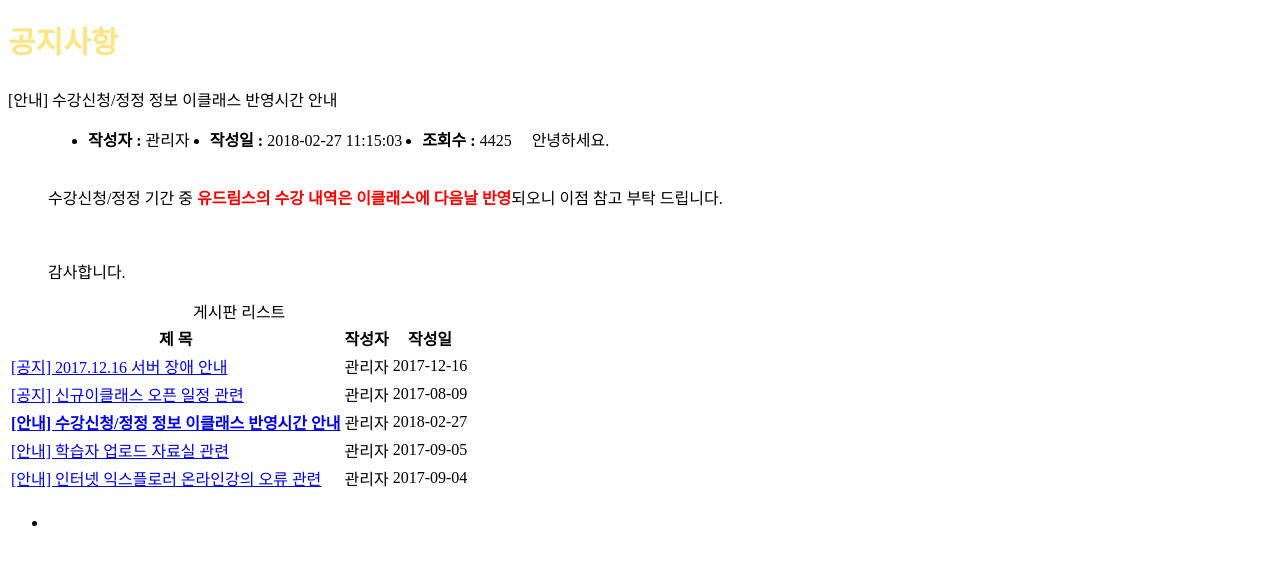
Repository: CSID-DGU/2019-1-CECD3-FFChain-2
Page: http://localhost/icip.app/WEB-INF/jsp/icip/notice/noticeView.jsp
The author's editor kept a copy of each file at every save. The page is drawn from the files as they stood at one save, then again after the next save.
The browser window is 1280 px wide. The pictures show the whole page.
The page is served by Tomcat 9. Nobody is signed in. Other server files are loaded and not shown. The template is opened directly, without the code that normally fills it, so the values that code supplies are empty.

Above is the page before, as saved 2019-08-19 11:21:39.

### icip.app/src/main/webapp/WEB-INF/jsp/icip/notice/noticeView.jsp
<%@ page contentType="text/html; charset=utf-8" pageEncoding="utf-8"%>
<%@ taglib prefix="fmt" uri="http://java.sun.com/jsp/jstl/fmt"%>
<%@ taglib prefix="c" uri="http://java.sun.com/jsp/jstl/core"%>
<%@ taglib prefix="form" uri="http://www.springframework.org/tags/form"%>
<%@ taglib uri="http://java.sun.com/jsp/jstl/functions" prefix="fn"%>
<%@ taglib prefix="spring" uri="http://www.springframework.org/tags"%>
<!DOCTYPE html PUBLIC "-//W3C//DTD HTML 4.01 Transitional//EN" "http://www.w3.org/TR/html4/loose.dtd">
<html>
<head>
</head>
<style>
#listBox div.listContent > dd > ul > li
{
    float: left;
    margin-right: 20px;
}
#listBox div.listContent dt {
    padding: 5px 10px;
    border-bottom: 1px solid #cdcdcd;
    line-height: 22px;
    min-height: 25px;
    background: #e6e6e6;
    background: -webkit-gradient(linear, 0 0, 0 bottom, from(#e6e6e6), to(#f6f6f6));
    background: -webkit-linear-gradient(#e6e6e6, #f6f6f6);
    background: -moz-linear-gradient(#e6e6e6, #f6f6f6);
    background: -ms-linear-gradient(#e6e6e6, #f6f6f6);
    background: -o-linear-gradient(#e6e6e6, #f6f6f6);
    background: linear-gradient(#e6e6e6, #f6f6f6);
}
</style>
<body>
<div style = "padding-top: 10px; font-size:30px; padding-bottom:25px; color : #fde585; font-weight:bold " >
공지사항
</div>
<div id="listBox">
				<div class="listContent">
						 [안내] 수강신청/정정 정보 이클래스 반영시간 안내

						<dd class="info">
							<ul class="fl ml10">
							</ul>
							<ul class="fr mr10">
							<li><b>작성자 :</b> <span id="suserinfo" style="" onclick="javascript:learnerInfo('admin1');">관리자</span></li>
							<li><b>작성일 :</b> 2018-02-27 11:15:03</li>
							<li class="m0"><b>조회수 :</b> 4425</li>
							</ul>
						</dd>
						<dd>
							<div class="cont"><p>안녕하세요. </p><p><br>수강신청/정정 기간 중 <strong><span style="color: rgb(255, 0, 0);">유드림스의 수강 내역은 </span><font color="#ff0000">이클래스에 다음날 반영</font></strong>되오니 이점 참고 부탁 드립니다.</p><p><br></p><p>감사합니다.<br></p></div>

						</dd>
						</dl>

							<div class="answerArea">

						</div>
					</div>

						<div id="listBox">
						</div><table class="boardListBasic" summary="게시판 리스트입니다.">
							<caption>게시판 리스트</caption>
							<thead>
								<tr class="odd-row">
									<th class="first">제 목</th>
									<th>작성자</th>
									<th class="last">작성일</th>
								</tr>
							</thead>
							<tbody>

									<tr class="odd-row">
											<td class="textLeft first">
												<div style="margin-left: 0px;" align="absmiddle" alt="">
													<a href="#;" onclick="javascript:moveBoardView('BOAD_171216110316331d7655', '0')">

															[공지] 2017.12.16 서버 장애 안내
													</a>
												</div>
											</td>
											<td>
												관리자
											</td>
											<td class="last">
												2017-12-16
											</td>
										</tr>

										<tr>
											<td class="textLeft first">
												<div style="margin-left: 0px;" align="absmiddle" alt="">
													<a href="#;" onclick="javascript:moveBoardView('BOAD_170809131412cfe20003', '0')">

															[공지] 신규이클래스 오픈 일정 관련
													</a>
												</div>
											</td>
											<td>
												관리자
											</td>
											<td class="last">
												2017-08-09
											</td>
										</tr>
										<tr class="odd-row">
											<td class="textLeft first">
												<div style="margin-left: 0px;" align="absmiddle" alt="">
													<a href="#;" onclick="javascript:moveBoardView('BOAD_180227111503550900e1', '0')">

															<b><i class="icon-arrow-small-black"></i>[안내] 수강신청/정정 정보 이클래스 반영시간 안내</b>
													</a>
												</div>
											</td>
											<td>
												관리자
											</td>
											<td class="last">
												2018-02-27
											</td>
										</tr>

										<tr>
											<td class="textLeft first">
												<div style="margin-left: 0px;" align="absmiddle" alt="">
													<a href="#;" onclick="javascript:moveBoardView('BOAD_170905182259ef57201b', '0')">

															[안내] 학습자 업로드 자료실 관련
													</a>
												</div>
											</td>
											<td>
												관리자
											</td>
											<td class="last">
												2017-09-05
											</td>
										</tr>

										<tr class="odd-row">
											<td class="textLeft first">
												<div style="margin-left: 0px;" align="absmiddle" alt="">
													<a href="#;" onclick="javascript:moveBoardView('BOAD_170904164429ea1c03c0', '0')">

															[안내] 인터넷 익스플로러 온라인강의 오류 관련
													</a>
												</div>
											</td>
											<td>
												관리자
											</td>
											<td class="last">
												2017-09-04
											</td>
										</tr>
							</tbody>
						</table>
						<ul class="btnBox">
								<li style =" padding-left : 500px">
									<a class="btn small" href="noticeList.do" style="color: white;">
										<i class="icon-report-small-color"></i>
										목 록
									</a>
								</li>
							</ul>
<script>
//목록
function fn_cancel(){

    var form = document.getElementById("viewForm");

    form.action = "<c:url value='noticeList.do'/>";
    form.submit();

}

//수정
function fn_update(){

    var form = document.getElementById("viewForm");

    form.action = "<c:url value='updateNotice.do'/>";
    form.submit();
}
</script>
</div>
</body>
</html>

After the next save:
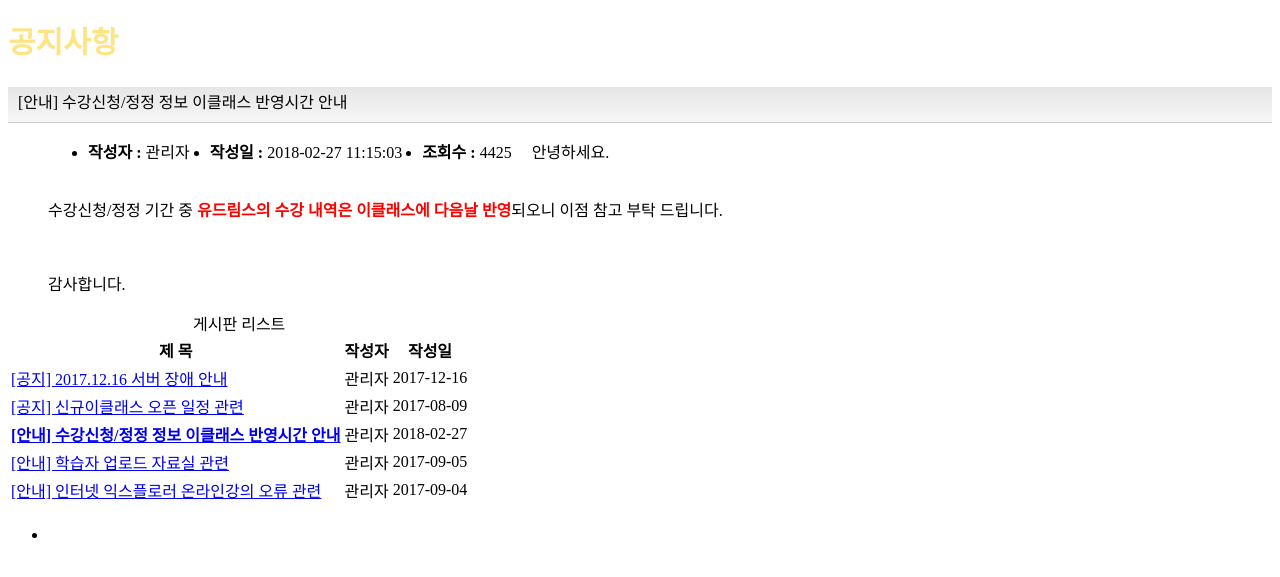
Saved 44 s later.
--- a/icip.app/src/main/webapp/WEB-INF/jsp/icip/notice/noticeView.jsp
+++ b/icip.app/src/main/webapp/WEB-INF/jsp/icip/notice/noticeView.jsp
@@ -34,8 +34,9 @@
 </div>
 <div id="listBox">
 				<div class="listContent">
+				<dt>
 						 [안내] 수강신청/정정 정보 이클래스 반영시간 안내
-
+				</dt>
 						<dd class="info">
 							<ul class="fl ml10">
 							</ul>
